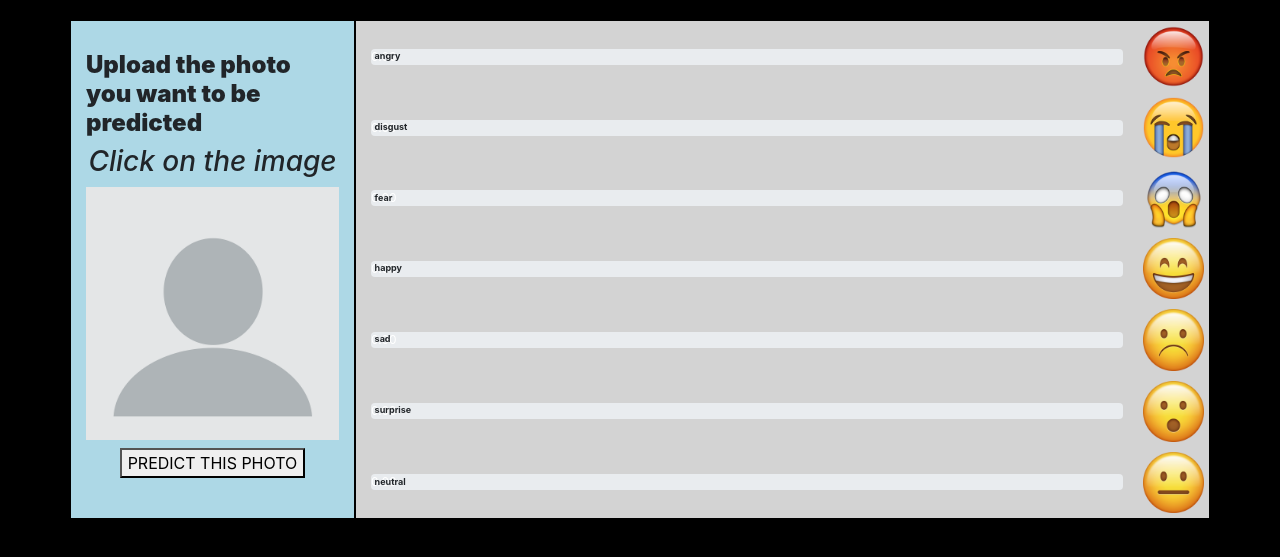
Repository: Jermaniac/TrabajoFinGradoGerman
Page: / (app in webprojectREACT/webexpresssionproject/)
The author's editor kept a copy of each file at every save. The page is drawn from the files as they stood at one save, then again after the next save.
The browser window is 1280 px wide. The pictures show the whole page.
The project was rebuilt for these pictures with package versions that can differ from the ones it lists, and the page was loaded fresh each time.

Above is the page before, as saved 2021-05-05 13:03:11.

After the next save:
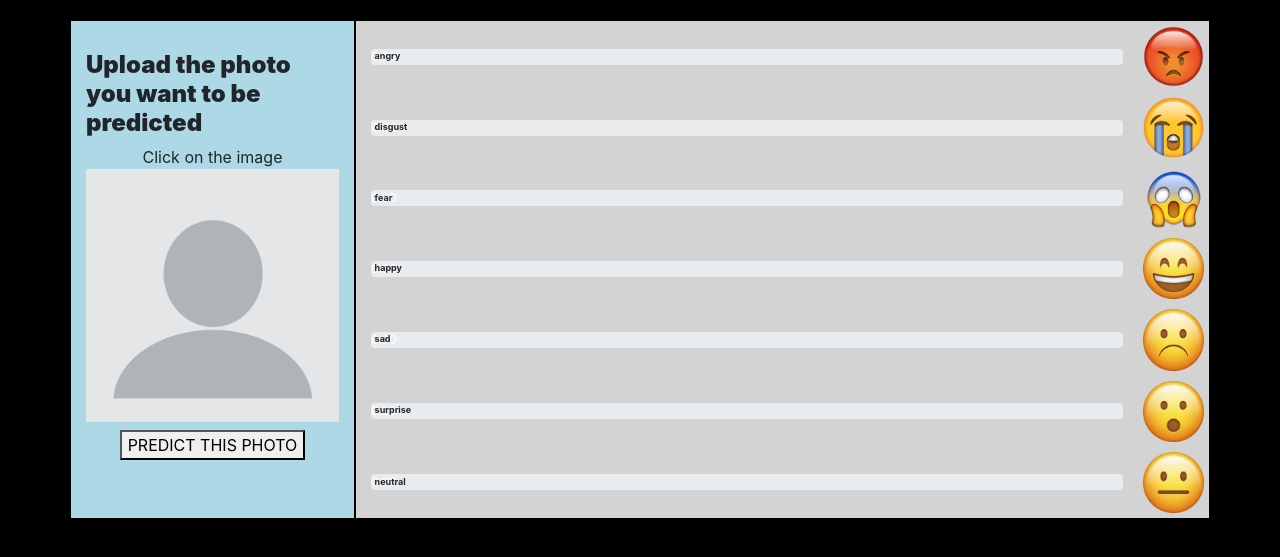
Saved 12 min 3 s later.
--- a/webprojectREACT/webexpresssionproject/src/components/FormComponent.jsx
+++ b/webprojectREACT/webexpresssionproject/src/components/FormComponent.jsx
@@ -29,7 +29,7 @@ function FormComponent({ changeExpressions, changePhoto, photo }) {
         <h2>Upload the photo you want to be predicted</h2>
       </div>
       <div className="row">
-        <h3>Click on the image</h3>
+        <div>Click on the image</div>
       </div>
       <div className="row">
         <label htmlFor="photo">
